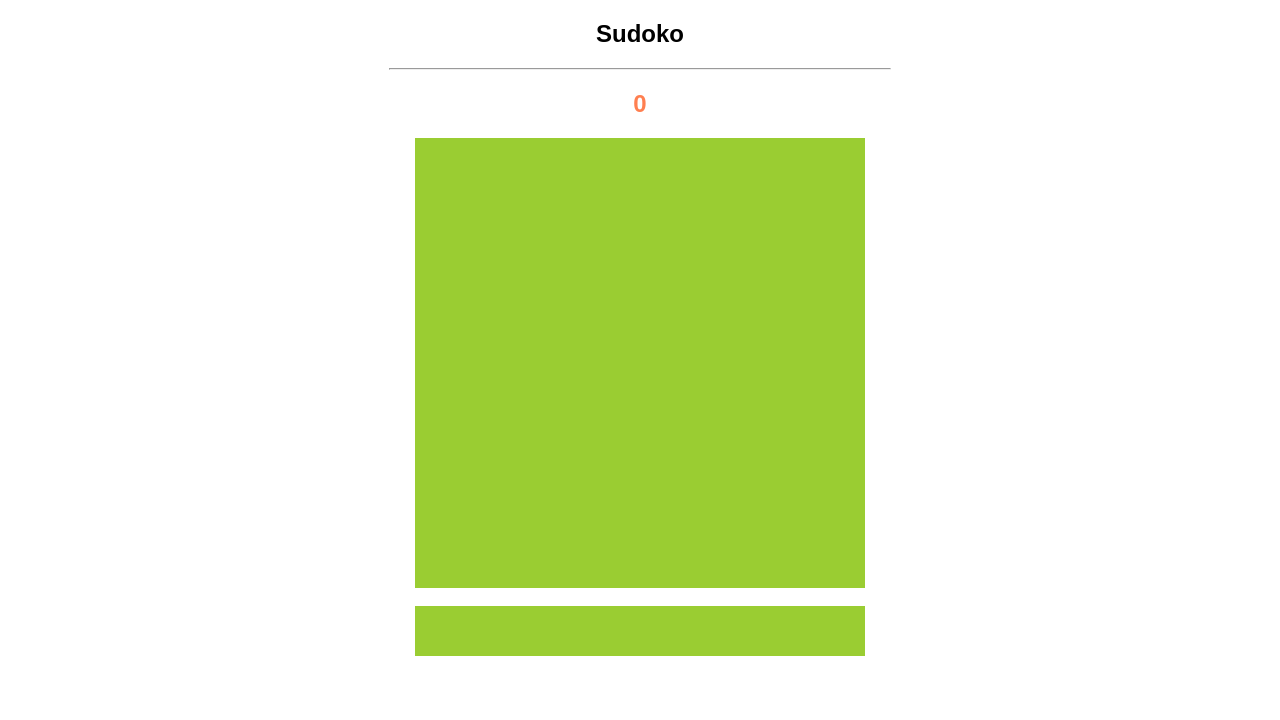
Repository: divyaravada/javascript-games
Page: sudoko/sudoko.html
These files come from the project's save history. The page is drawn as it stood at one moment and after the next save; the edit follows.
The browser window is 1280 px wide. The pictures show the whole page.

Above is the page before, as saved 2022-03-15 17:59:40.
Console error: TypeError: document.getElementsById is not a function

### sudoko/sudoko.html
<!DOCTYPE html>
<html>
  <head>
    <meta charset="UTF-8" />
    <meta
      name="viewport"
      content="width=device-width"
      initial-scale="1.0"
      user-scalable="no"
    />
    <title>Sudoko Game</title>
    <link rel="stylesheet" href="./sudoko.css" />
  </head>
  <body>
    <h2>Sudoko</h2>
    <hr />
    <h2 id="errors">0</h2>

    <!-- 9x9 board-->
    <div id="board"></div>
    <br />
    <div id="digits"></div>

    <script src="./sudoko.js"></script>
  </body>
</html>

### sudoko/sudoko.css
body {
  font-family: Arial, Helvetica, sans-serif;
  text-align: center;
}
hr {
  width: 500px;
}
#errors {
  color: coral;
}
#board {
  width: 450px;
  height: 450px;

  background-color: yellowgreen;
  margin: 0 auto;
  display: flex;
  flex-wrap: wrap;
}
#digits {
  width: 450px;
  height: 50px;

  background-color: yellowgreen;
  margin: 0 auto;
  display: flex;
  flex-wrap: wrap;
}
.tile {
  width: 48px;
  height: 48px;
  border: 1px solid lightgray;

  font-size: 20px;
  font-weight: bold;
  display: flex;
  justify-content: center;
  align-items: center;
}
.number {
  width: 48px;
  height: 48px;
  border: 1px solid black;
  margin: 2px;

  font-size: 20px;
  font-weight: bold;
  display: flex;
  justify-content: center;
  align-items: center;
}

### sudoko/sudoko.js
var numSelected = null;
var titleSelected = null;
var errors = 0;

var board = [
  "--74916-5",
  "2---6-3-9",
  "-----7-1-",
  "-586----4",
  "--3----9-",
  "--62--187",
  "9-4-7---2",
  "67-83----",
  "81--45---",
];
var solutions = [
  "387491625",
  "241568379",
  "569327418",
  "758619234",
  "123784596",
  "496253187",
  "934176852",
  "675832941",
  "812945763",
];

window.onload = function () {
  setGame();
};

function setGame() {
  //digits 1-9
  for (let i = 1; i <= 9; i++) {
    let number = document.createElement("div");
    number.id = i;
    number.innerText = i;
    number.classList.add("number");
    document.getElementsById("digits").appendChild(number);
  }
}

After the next save:
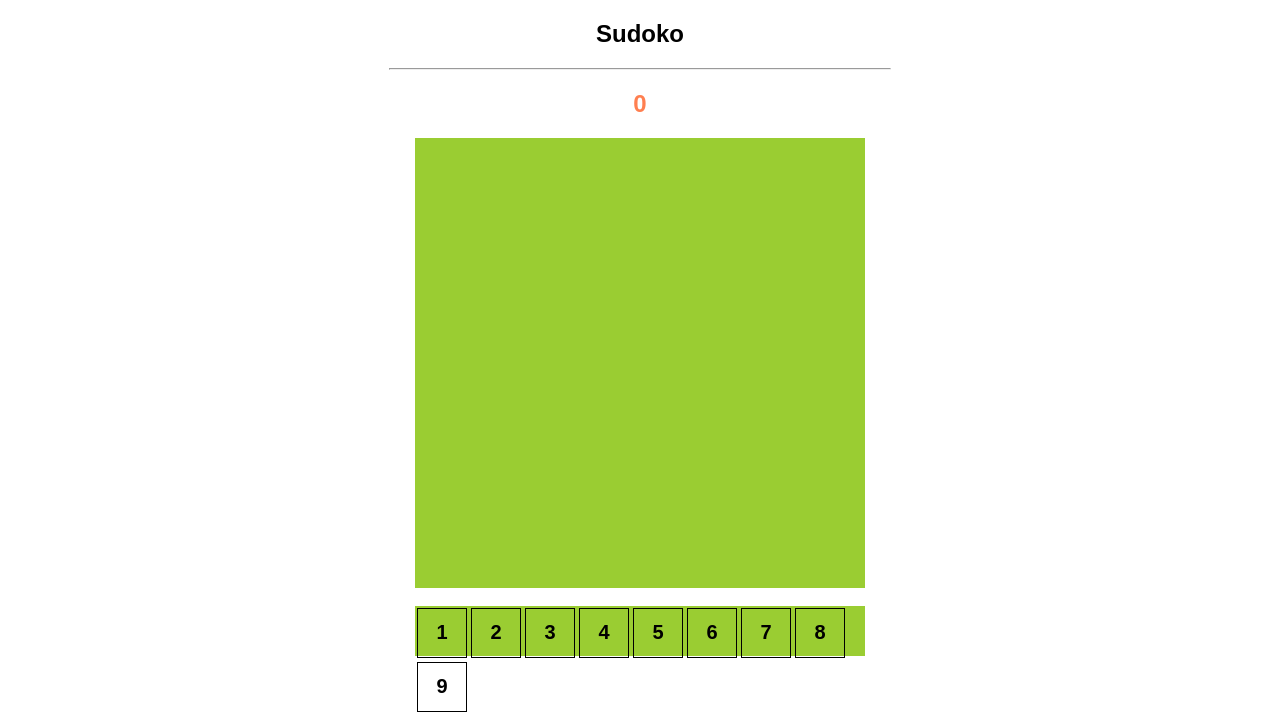
The error is gone.
Saved 12 s later.
--- a/sudoko/sudoko.js
+++ b/sudoko/sudoko.js
@@ -36,6 +36,6 @@ function setGame() {
     number.id = i;
     number.innerText = i;
     number.classList.add("number");
-    document.getElementsById("digits").appendChild(number);
+    document.getElementById("digits").appendChild(number);
   }
 }
